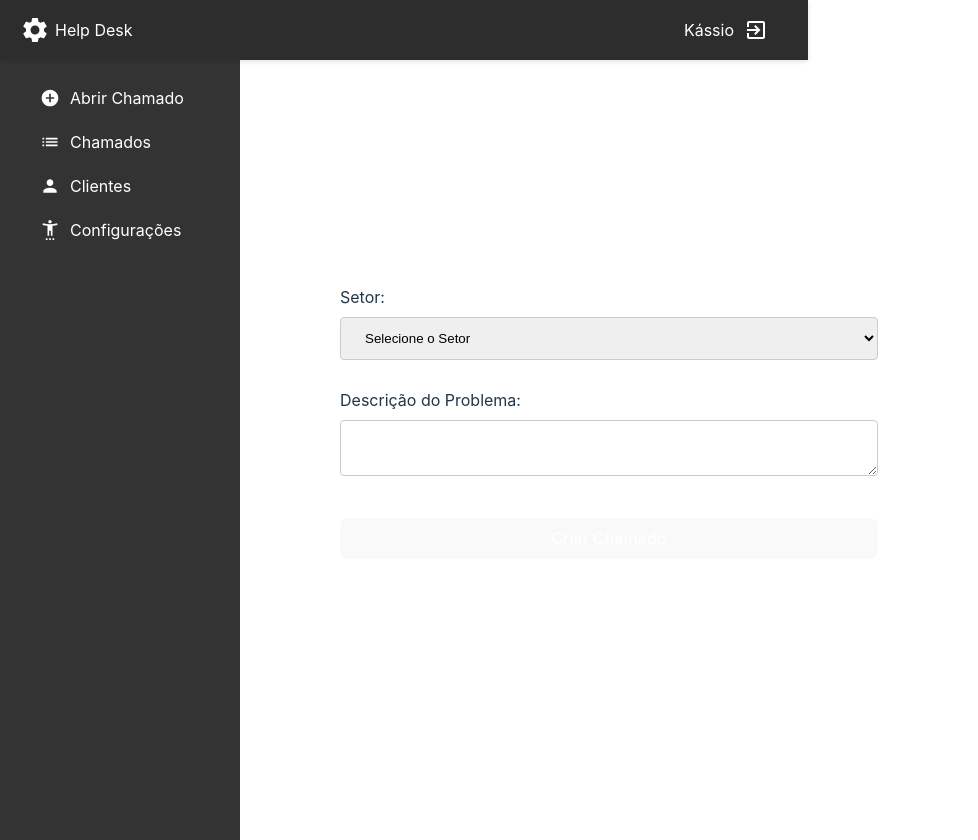
Repository: zkassimz/helpdesk
Page: /, after clicking the first element matching `li`
The author's editor kept a copy of each file at every save. The page is drawn from the files as they stood at one save, then again after the next save.
The browser window is 768 px wide. The page is 978 px wide, then 768 px, then 978 px, so the pictures cover 978 px, including what lies to the right of the window. The pictures show the whole page.
The project was rebuilt for these pictures with package versions that can differ from the ones it lists, and the page was loaded fresh each time. Also part of the build but not shown: vite.config.js, src/components/css/Chamados.css, src/components/Chamados.jsx, src/components/Clientes.jsx, src/components/Configuracoes.jsx.

Above is the page before, as saved 2024-05-06 17:14:30.

### index.html
<!doctype html>
<html lang="en">

  <body>
    <div id="root"></div>
    <script type="module" src="/src/main.jsx"></script>
  </body>
</html>

### src/App.jsx
// src/App.js
import React, { useState } from 'react';
import AppBar from './components/AppBar'; // Importando o componente AppBar
import Sidebar from './components/Sidebar';
import Chamados from './components/Chamados';
import Clientes from './components/Clientes';
import Configuracoes from './components/Configuracoes';
import CreateTicketPage from './components/AbrirChamadoForm';
import './App.css';

function App() {
  const [currentPage, setCurrentPage] = useState('Dashboard');

  const renderPage = () => {
    switch (currentPage) {

      case 'OpenCall':
        return <CreateTicketPage />;
      case 'Chamados':
        return <Chamados />;
      case 'Clientes':
        return <Clientes />;
      case 'Configuracoes':
        return <Configuracoes />;
      default:
        return <div>Página não encontrada</div>;
    }
  };

  return (
    <div className="app">
      <AppBar />
      <div className="content">
        <Sidebar setCurrentPage={setCurrentPage} />
        <div className="main-content">
          {renderPage()}
        </div>
      </div>
    </div>
  );
}

export default App;

### src/components/AppBar.jsx

import React from 'react';
import { MdExitToApp, MdSettings } from 'react-icons/md';
import './css/AppBar.css';

const AppBar = () => {


  return (
    <div className="appbar">
      <div className="appbar-left">
        <div className="appbar-item" onClick={() => console.log("Consultar/Atender")}>
          <MdSettings size={30} />
          <span>Help Desk</span>
        </div>
      </div>
      <div className="appbar-right">
        <span>Kássio </span>
        <div className="logout-button" onClick={() => console.log("Logout")}>
          <MdExitToApp size={24} />
        </div>
      </div>
    </div>
  );
};

export default AppBar;

### src/components/Sidebar.jsx
import React from 'react';
import './css/SideBar.css';
import {  MdAddCircle, MdList, MdPerson, MdSettingsAccessibility } from 'react-icons/md';
const Sidebar = ({ setCurrentPage }) => {
  const handleClick = (page) => {
    setCurrentPage(page);
  };

  return (
    <div className="sidebar">
      <div className="sidebar-header">

      </div>
      <ul className="menu">
        <li onClick={() => handleClick('OpenCall')}>
        <MdAddCircle size={20}></MdAddCircle>
          <span>Abrir Chamado</span>
        </li>
        <li onClick={() => handleClick('Chamados')}>
        <MdList size={20}></MdList>
        Chamados</li>
        <li onClick={() => handleClick('Clientes')}>

        <MdPerson size={20}></MdPerson>
          Clientes</li>
        <li onClick={() => handleClick('Configurações')}>

        <MdSettingsAccessibility size={20}></MdSettingsAccessibility>

          Configurações</li>
      </ul>
    </div>
  );
};

export default Sidebar;

### src/components/AbrirChamadoForm.jsx
import React, { useState } from 'react';
import './css/CreateTicketPage.css';

const CreateTicketPage = () => {
  const [formData, setFormData] = useState({
    setor: '',
    descricaoProblema: ''
  });

  const handleChange = (e) => {
    const { name, value } = e.target;
    setFormData({
      ...formData,
      [name]: value
    });
  };

  const handleSubmit = (e) => {
    e.preventDefault();
    console.log('Dados do formulário:', formData);
    setFormData({
      setor: '',
      descricaoProblema: ''
    });
  };

  return (

    <div className="create-ticket-page">

      <form onSubmit={handleSubmit} className="ticket-form">
        <div className="form-group">
          <label htmlFor="setor">Setor:</label>
          <select
            id="setor"
            name="setor"
            value={formData.setor}
            onChange={handleChange}
            required
            className="input-field"
          >
            <option value="">Selecione o Setor</option>
            <option value="T.I">T.I</option>
            <option value="Financeiro">Financeiro</option>
            <option value="RH">RH</option>
            <option value="Marketing">Marketing</option>
          </select>
        </div>

        <div className="form-group">
          <label htmlFor="descricaoProblema">Descrição do Problema:</label>
          <textarea
            id="descricaoProblema"
            name="descricaoProblema"
            value={formData.descricaoProblema}
            onChange={handleChange}
            required
            className="textarea-field"
          />
        </div>
        <button type="submit" className="submit-button">Criar Chamado</button>
      </form>
    </div>
  );
};

export default CreateTicketPage;

### src/App.css

.app {
  display: grid;
  grid-template-rows: auto 1fr;
  height: 100vh;
}
.sidebar {
  width: 200px;
  background-color: #333;
  color: #fff;
}

.main-content {
  flex: 1;
  overflow-y: auto;
}

.content {
  display: flex;
}

.sidebar-header {
  padding: 20px;
  text-align: center;
}

.menu {
  list-style-type: none;
  padding: 0;
}

.menu li {
  padding: 10px 20px;
  cursor: pointer;
}

.menu li:hover {
  background-color: #555;
}

### src/components/css/AppBar.css


.appbar {
    background-color: #2e2d2d;
    color: #fff;
    display: flex;
    justify-content: space-between;
    align-items: center;
    padding: 0 20px;
    height: 60px;
    width: 100%;
    position: fixed;
    top: 0;
    z-index: 1000;
    box-shadow: 0 2px 4px rgba(0, 0, 0, 0.1);
  }


  .appbar-item{
    margin-right: 10px;
    align-items: center;
    display: flex;
  }

  .appbar-left, .appbar-right {
    display: flex;
    align-items: center;
  }

  .appbar-item, .logout-button {
    cursor: pointer;
    margin-right: 20px;
    text-decoration: none;
    color: inherit;
    transition: all 0.3s ease;
  }

  .appbar-item:hover, .logout-button:hover {
    transform: translateY(-2px);
  }

  .appbar-item span {
    margin-left: 5px;
  }

  .logout-button {
    display: flex;
    align-items: center;
  }

  .logout-button span {
    margin-right: 10px;
  }
  .appbar-right {
    display: flex;
    align-items: center;
  }

  .appbar-right span {
    margin-right: 10px;
  }

  .logout-button {
    display: flex;
    align-items: center;
  }

### src/components/css/SideBar.css
.sidebar {
    width: 100px;
    background-color: #333;
    color: #fff;
    height: 100vh;
    padding: 20px;
  }

  .sidebar.open {
    width: 0;
  }



  .menu li {
    display: flex;
    align-items: center;
    cursor: pointer;
  }

  .menu li > * {
    margin-right: 10px; /* Espaço entre o ícone e o texto */
  }


  @media (max-width: 768px) {
    .sidebar {
      width: 100%;
    }
  }


  @media (min-width: 1024px) {
    .sidebar {
      width: 300px;
    }
  }

### src/components/css/CreateTicketPage.css
.modal {
  display: none;
  position: fixed;
  z-index: 1;
  left: 0;
  top: 0;
  width: 100%;
  height: 100%;
  overflow: auto;
  background-color: rgba(0,0,0,0.4);
}

.create-ticket-page {
  display: flex;
  justify-content: center;
  align-items: center;
  height: 100vh;
}

.modal-content {
  background-color: #fefefe;
  margin: 15% auto;
  padding: 20px;
  border: 1px solid #888;
  width: 80%;
}

.close-button {
  color: #aaa;
  float: right;
  font-size: 28px;
  font-weight: bold;
}

.close-button:hover,
.close-button:focus {
  color: black;
  text-decoration: none;
  cursor: pointer;
}

h2 {
  text-align: center;
}

form {
  width: 70vw;
  height: 30vw;
  padding: 100px;
}

.form-group {
  margin-bottom: 20px;
}

label {
  display: block;
}

input[type="text"],
textarea,
select {
  width: 100%;
  padding: 12px 20px;
  margin: 8px 0;
  border: 1px solid #ccc;
  border-radius: 4px;
  box-sizing: border-box;
}

button {
  background-color: #4CAF50;
  color: white;
  padding: 14px 20px;
  margin: 8px 0;
  border: none;
  border-radius: 4px;
  cursor: pointer;
  width: 100%;
}

button:hover {
  background-color: #45a049;
}

.modal.open {
  display: block; /* Mostra o modal quando a classe 'open' é aplicada */
}

Loaded but not shown: src/main.jsx (common file); src/index.css (common file)

After the next save:
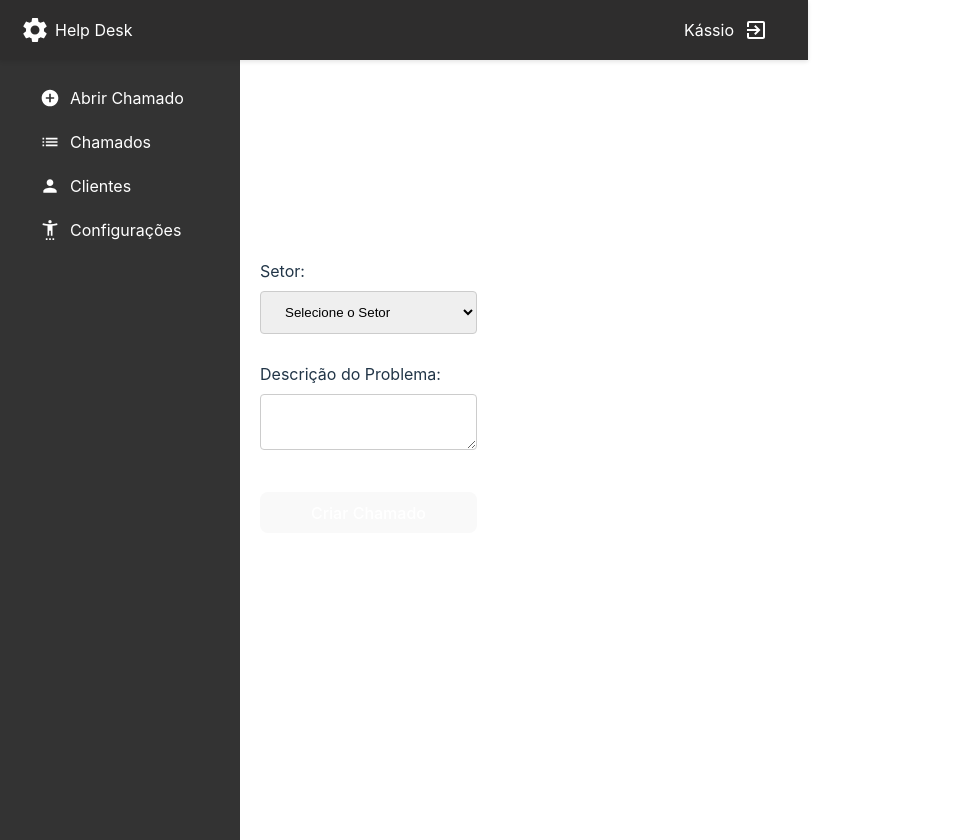
Saved 81 s later.
--- a/src/components/css/CreateTicketPage.css
+++ b/src/components/css/CreateTicketPage.css
@@ -44,9 +44,9 @@
 }
 
 form {
-  width: 70vw;
-  height: 30vw;
-  padding: 100px;
+  width: 100%; /* Tornar o formulário responsivo */
+  max-width: 500px; /* Definir uma largura máxima */
+  padding: 20px;
 }
 
 .form-group {
@@ -86,3 +86,11 @@
 .modal.open {
   display: block; /* Mostra o modal quando a classe 'open' é aplicada */
 }
+
+/* Adicionar media query para tornar o modal responsivo */
+@media only screen and (max-width: 768px) {
+  .modal-content {
+    width: 90%; /* Ajustar a largura do modal para telas menores */
+    margin: 10% auto; /* Ajustar a margem para o centro */
+  }
+}

After the save that followed:
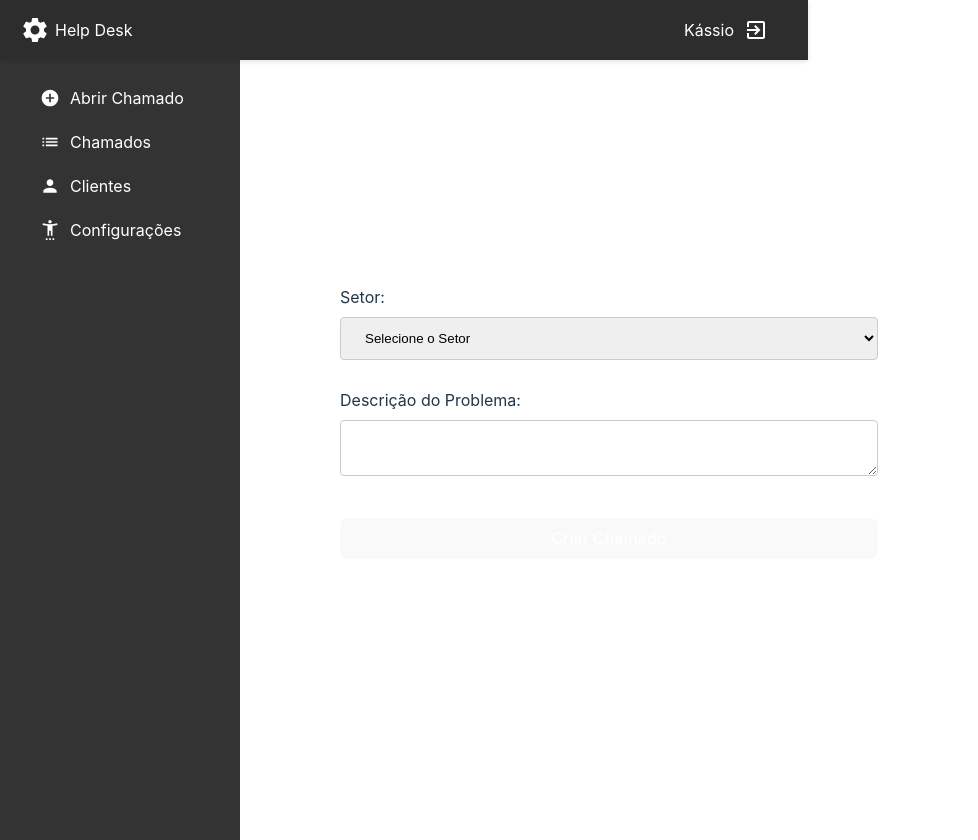
Saved 11 s later.
--- a/src/components/css/CreateTicketPage.css
+++ b/src/components/css/CreateTicketPage.css
@@ -44,9 +44,9 @@
 }
 
 form {
-  width: 100%; /* Tornar o formulário responsivo */
-  max-width: 500px; /* Definir uma largura máxima */
-  padding: 20px;
+  width: 70vw;
+  height: 30vw;
+  padding: 100px;
 }
 
 .form-group {
@@ -86,11 +86,3 @@
 .modal.open {
   display: block; /* Mostra o modal quando a classe 'open' é aplicada */
 }
-
-/* Adicionar media query para tornar o modal responsivo */
-@media only screen and (max-width: 768px) {
-  .modal-content {
-    width: 90%; /* Ajustar a largura do modal para telas menores */
-    margin: 10% auto; /* Ajustar a margem para o centro */
-  }
-}
